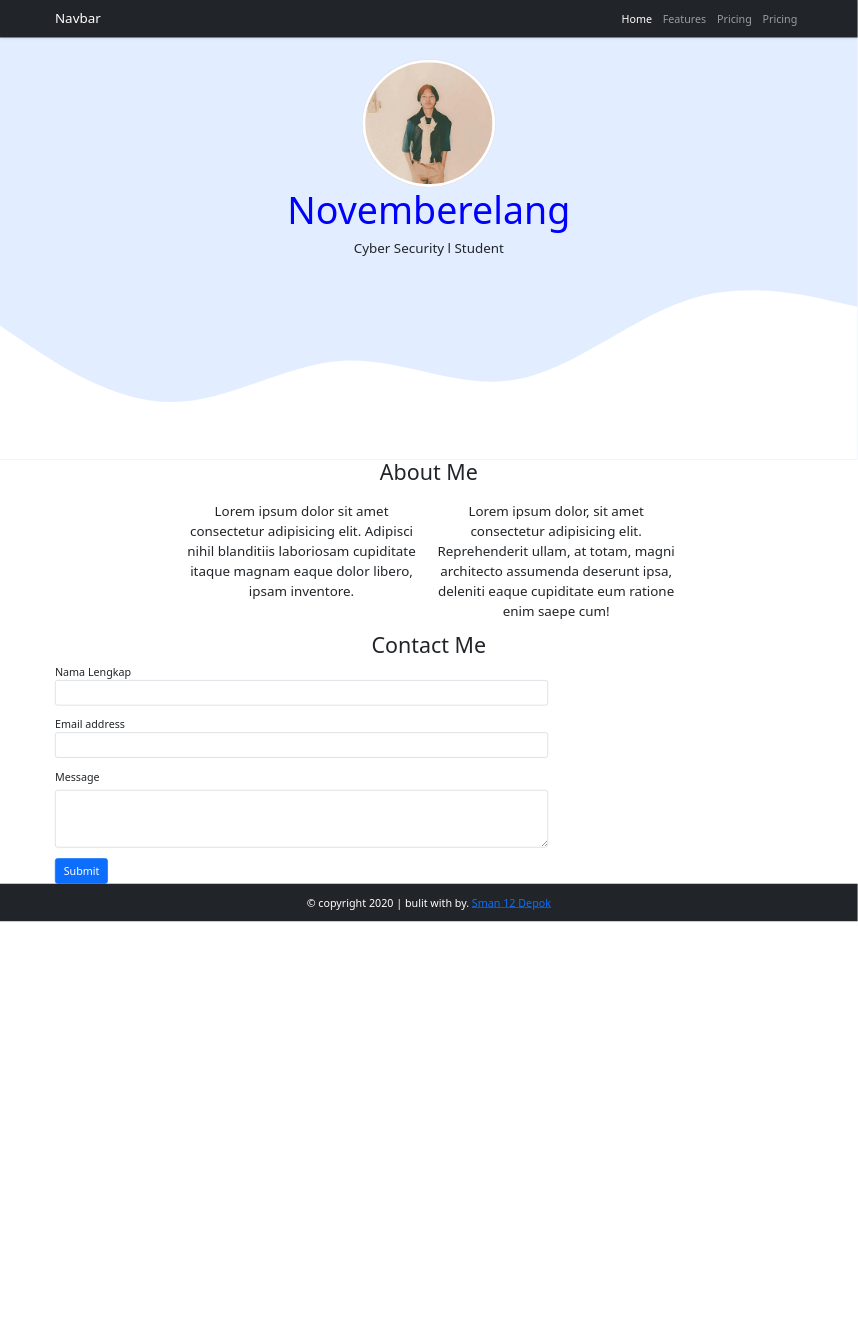
Repository: Novemberdad/gemilangtech.github.io
Page: index.html
The author's editor kept a copy of each file at every save. The page is drawn from the files as they stood at one save, then again after the next save.
The browser window is 1280 px wide. The pictures show the whole page, at 67% of full size.

Above is the page before, as saved 2021-07-21 00:30:58.

After the next save:
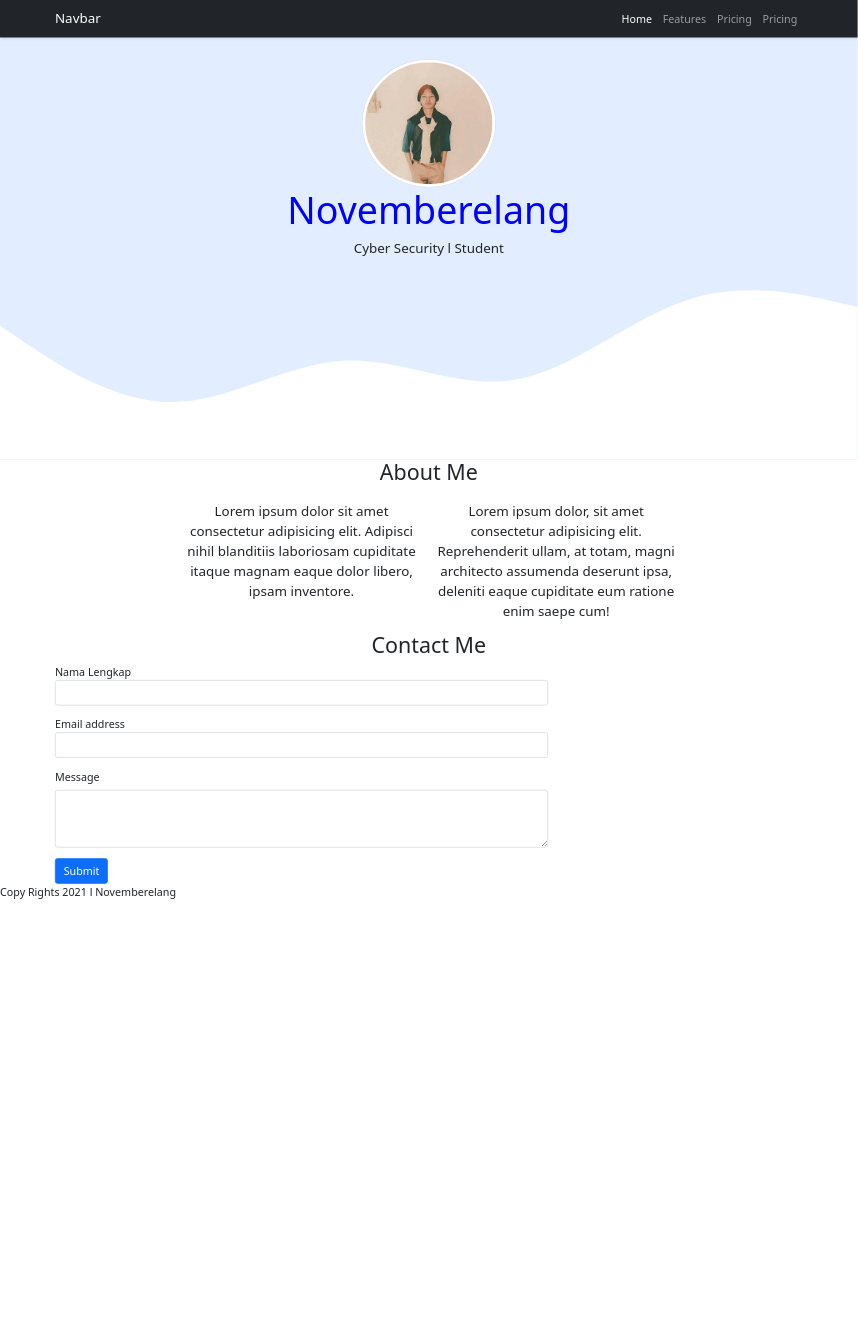
Saved 76 s later.
--- a/index.html
+++ b/index.html
@@ -117,14 +117,10 @@
     <!--akhir kontak-->
 
     <!--footer-->
-    <footer class="bg-dark text-white ">
-        <div class="container ">
-            <div class="row pt-3">
-                <div class="col text-center ">
-                    <p>&copy; copyright 2020 | bulit with by. <a href="http://instagram.com/sman12depok.official">Sman 12 Depok</a></p>
-                </div>
-            </div>
-        </div>
+    <footer>
+        <p>
+            Copy Rights 2021 l Novemberelang
+        </p>
     </footer>
     <!--akhir footer-->
 
